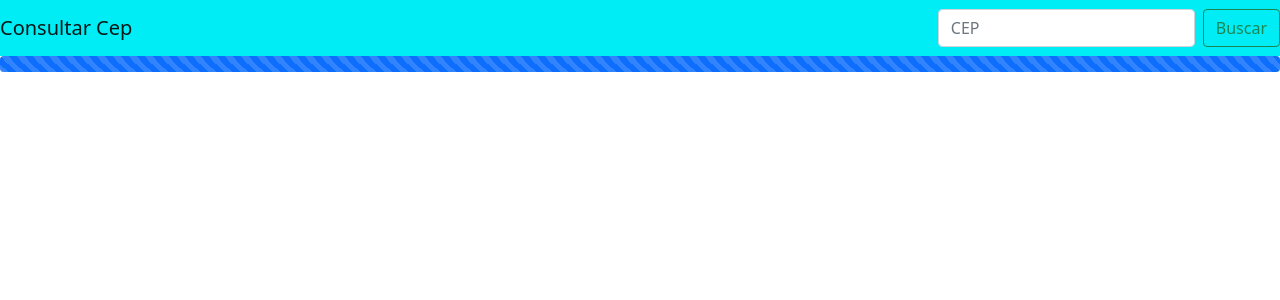
Repository: ViniciusCMS/StudyJquerry
Page: index.html
The author's editor kept a copy of each file at every save. The page is drawn from the files as they stood at one save, then again after the next save.
The browser window is 1280 px wide. The pictures show the whole page.

Above is the page before, as saved 2021-11-26 11:44:41.

### index.html
<!DOCTYPE html>
<html lang="pt-br">
<head>
    <meta charset="UTF-8">
    <meta http-equiv="X-UA-Compatible" content="IE=edge">
    <meta name="viewport" content="width=device-width, initial-scale=1.0">
    <title>StudyJquery</title>
    <script type="text/javascript" src="js/jquery-3.6.0.min.js"></script>
    <script type="text/javascript" src="js/main.js"></script>
    <link rel="stylesheet" type="text/css" href="bootstrap/css/bootstrap.min.css">
</head>
<body>
   <nav class="navbar navbar-light" style="background-color: #00edf5;">
    <a class="navbar-brand">Consultar Cep</a>
      <div class="d-flex">
        <input class="form-control me-2" type="search" placeholder="CEP" id="cep">
        <button class="btn btn-outline-success" type="submit" onclick="consultaCep()">Buscar</button>
      </div>
    </nav>

    <div class="progress">
        <div class="progress-bar progress-bar-striped progress-bar-animated" role="progressbar" aria-valuenow="75" aria-valuemin="0" aria-valuemax="100" style="width: 100%"></div>
      </div>

    <div class="container cep">
        <div class="row">
            <h3 id="cepTitulo">CEP</h3>
        </div>
        <div class="row">

            <table class="table table-dark table-striped">
                <tbody>
                    <tr>
                        <td>Uf</td>
                        <td id="uf"></td>
                    </tr>
                    <tr>
                        <td>Localidade</td>
                        <td id="localidade"></td>
                    </tr>
                    <tr>
                        <td>Bairro</td>
                        <td id="bairro"></td>
                    </tr>
                    <tr>
                        <td>Logradouro</td>
                        <td id="logradouro"></td>
                    </tr>

                </tbody>
            </table>

        </div>

    </div>


    <!--<input id="cep">
    <button type="button" onclick="consultaCep()">Consultar</button>
    <p id="uf"></p>
    <p id="localidade"></p>
    <p id="logradouro"></p>
    <p id="bairro"></p>-->
</body>
</html>

### js/main.js
function consultaCep() {

    var cep = document.getElementById("cep").value;
    var url = "https://viacep.com.br/ws/" + cep + "/json/";

    console.log(url)

    $.ajax({
        url: url,
        type: "GET",
        success: function(response){
            console.log(response);

            $("#uf").html(response.uf);
            $("#localidade").html(response.localidade);
            $("#bairro").html(response.bairro);
            $("#logradouro").html(response.logradouro);
            $("#cepTitulo").html("CEP: " + response.cep);
            $(".cep").show();
            /*document.getElementById("uf").innerHTML = response.uf;
            document.getElementById("localidade").innerHTML = response.localidade;
            document.getElementById("logradouro").innerHTML = response.logradouro;
            document.getElementById("bairro").innerHTML = response.bairro;*/
        }

    })
};

$(function(){
    $(".cep").hide();
});

Loaded but not shown: js/jquery-3.6.0.min.js (library); bootstrap/css/bootstrap.min.css (library)

After the next save:
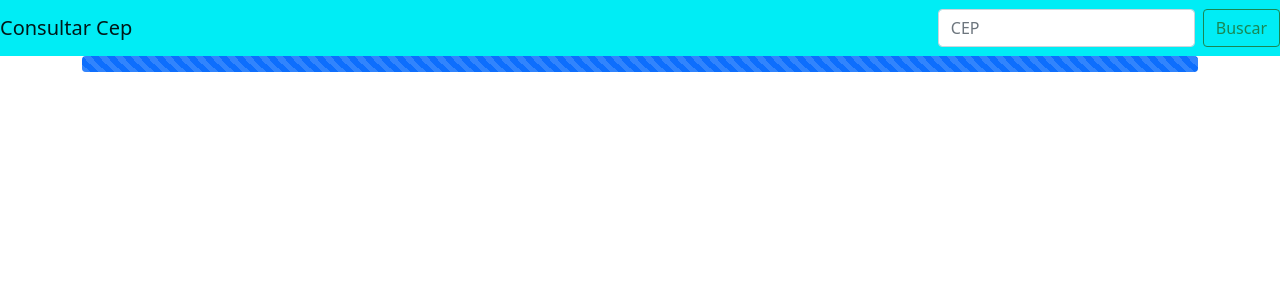
Saved 63 s later.
--- a/index.html
+++ b/index.html
@@ -18,10 +18,11 @@
       </div>
     </nav>
 
-    <div class="progress">
-        <div class="progress-bar progress-bar-striped progress-bar-animated" role="progressbar" aria-valuenow="75" aria-valuemin="0" aria-valuemax="100" style="width: 100%"></div>
-      </div>
-
+    <div class="container">
+        <div class="progress">
+            <div class="progress-bar progress-bar-striped progress-bar-animated" role="progressbar" aria-valuenow="75" aria-valuemin="0" aria-valuemax="100" style="width: 100%"></div>
+        </div>
+    </div>
     <div class="container cep">
         <div class="row">
             <h3 id="cepTitulo">CEP</h3>
